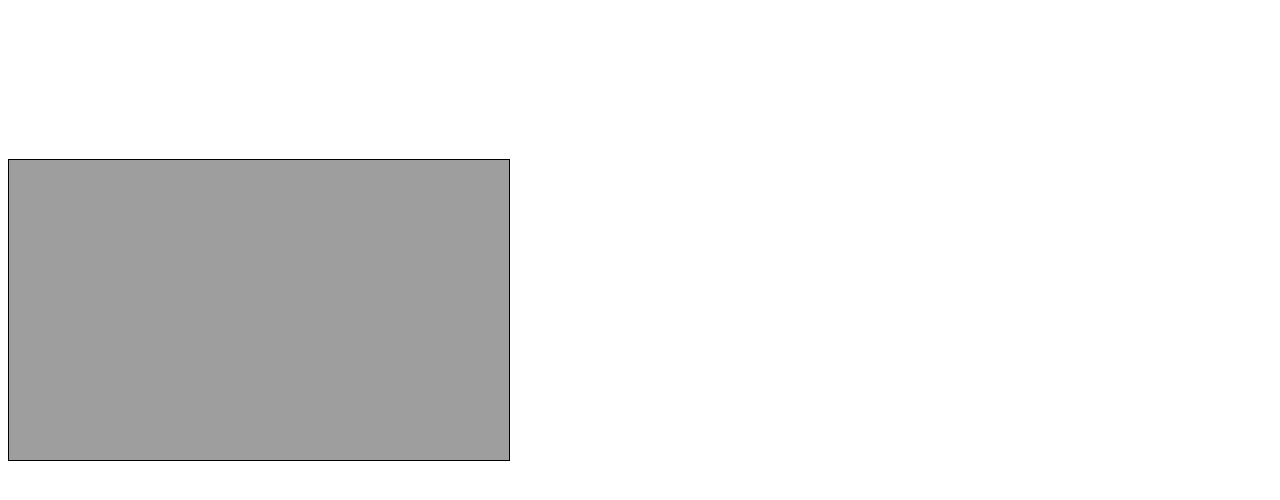
Repository: Tranduchieu2002/FlappyBird
Page: Flappy.html
An editor plug-in stored every save of this project. The page is shown before and after the next save, followed by the edit.
The browser window is 1280 px wide. The pictures show the whole page.

Above is the page before, as saved 2021-09-14 15:01:40.

After the next save:
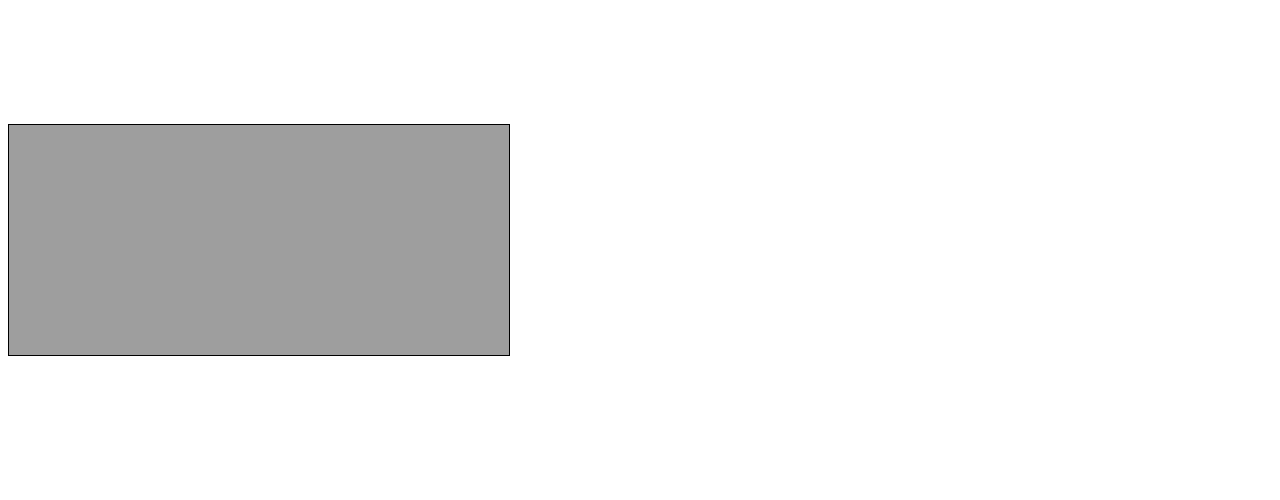
Saved 16 s later.
--- a/Flappy.html
+++ b/Flappy.html
@@ -13,7 +13,7 @@
    </style>
 </head>
 <body>
-   <canvas id="canvas" width="500px" height="300px">
+   <canvas id="canvas" width="500px" height="230px">
 
    </canvas>
    <script src="index.js"></script>
